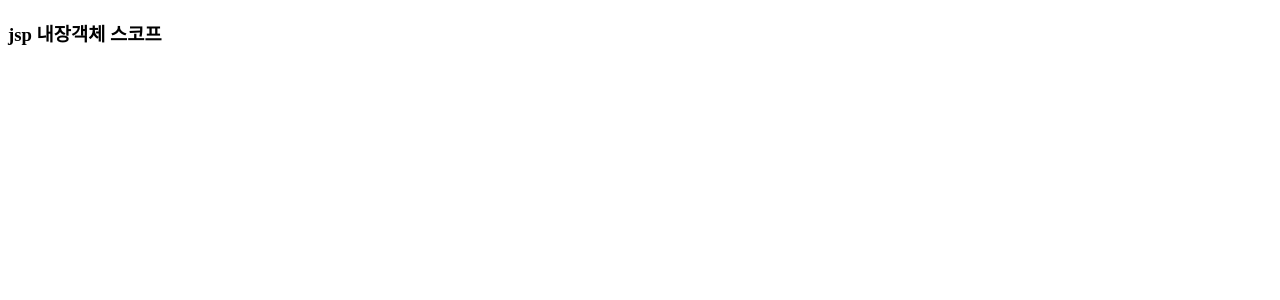
Repository: 2017112847/Jsp
Page: http://localhost/ch03/scope.jsp
An editor plug-in stored every save of this project. The page is shown before and after the next save, followed by the edit.
The browser window is 1280 px wide. The pictures show the whole page.
The page is served by Tomcat 9.

Above is the page before, as saved 2025-07-28 08:04:48.

After the next save:
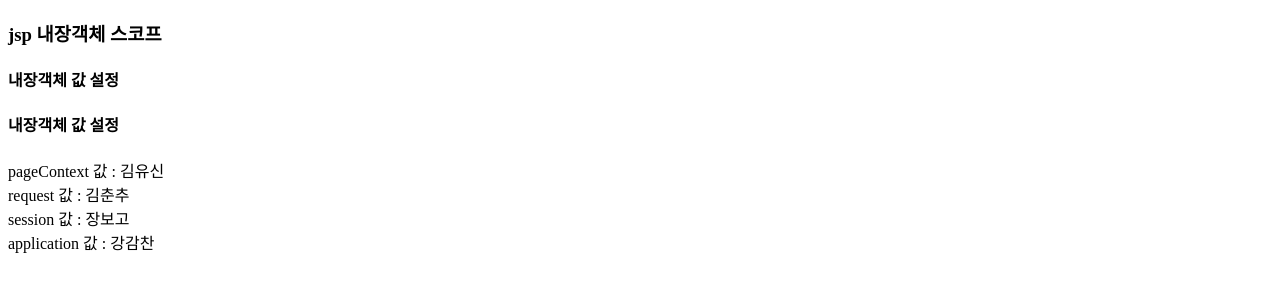
Saved 2 min 2 s later.
--- a/ch03/src/main/webapp/scope.jsp
+++ b/ch03/src/main/webapp/scope.jsp
@@ -9,11 +9,19 @@
 <body>
 	<h3>jsp 내장객체 스코프</h3>
 
+	<h4>내장객체 값 설정</h4>
 	<%
 		pageContext.setAttribute("name", "김유신");
 		request.setAttribute("name", "김춘추");
 		session.setAttribute("name", "장보고");
 		application.setAttribute("name", "강감찬");
 	%>
+	<h4>내장객체 값 설정</h4>
+	<p>
+		pageContext 값 : <%=pageContext.getAttribute("name") %><br/>
+		request 값 : <%=request.getAttribute("name") %><br/>
+		session 값 : <%=session.getAttribute("name") %><br/>
+		application 값 : <%=application.getAttribute("name") %><br/>
+	</p>
 </body>
 </html>
